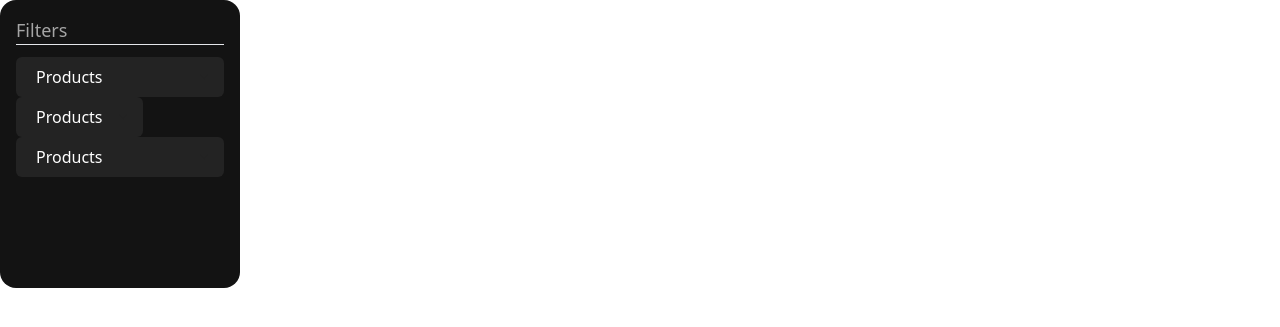
Repository: SayedJamil/Edvora-app
Page: /leftcard
An editor plug-in stored every save of this project. The page is shown before and after a run of saves, followed by the edit.
The browser window is 1280 px wide. The pictures show the whole page.
The project was rebuilt for these pictures with package versions that can differ from the ones it lists, and the page was loaded fresh each time. The framework's server and built-in components were replaced by stand-ins that run in the browser. Also part of the build but not shown: next.config.js.

Above is the page before, as saved 2021-12-19 16:09:55.

### pages/leftcard.js
function leftcard() {
    return (
        <div className="h-72 w-60 bg-[#131313] rounded-2xl p-4">
            <h3 className="text-[#A5A5A5] font-light text-lg">Filters</h3>
            <div className="w-full bg-gray-200 h-px mb-3"></div>
            <div class="relative inline-flex w-full">
                <svg class="w-2 h-2 absolute top-0 right-0 m-4 pointer-events-none" xmlns="http://www.w3.org/2000/svg" viewBox="0 0 412 232"><path d="M206 171.144L42.678 7.822c-9.763-9.763-25.592-9.763-35.355 0-9.763 9.764-9.763 25.592 0 35.355l181 181c4.88 4.882 11.279 7.323 17.677 7.323s12.796-2.441 17.678-7.322l181-181c9.763-9.764 9.763-25.592 0-35.355-9.763-9.763-25.592-9.763-35.355 0L206 171.144z" fill="#232323" fill-rule="nonzero" /></svg>
                <select class="rounded-md h-10 pl-5 pr-10 bg-[#232323] hover:border-[#232323] focus:outline-none appearance-none outline-none text-white w-full">
                    <option>Products </option>
                    <option>Red</option>
                    <option>Blue</option>
                </select>
            </div>
            <div class="relative inline-flex">
                <svg class="w-2 h-2 absolute top-0 right-0 m-4 pointer-events-none" xmlns="http://www.w3.org/2000/svg" viewBox="0 0 412 232"><path d="M206 171.144L42.678 7.822c-9.763-9.763-25.592-9.763-35.355 0-9.763 9.764-9.763 25.592 0 35.355l181 181c4.88 4.882 11.279 7.323 17.677 7.323s12.796-2.441 17.678-7.322l181-181c9.763-9.764 9.763-25.592 0-35.355-9.763-9.763-25.592-9.763-35.355 0L206 171.144z" fill="#232323" fill-rule="nonzero" /></svg>
                <select class="rounded-md h-10 pl-5 pr-10 bg-[#232323] hover:border-[#232323] focus:outline-none appearance-none outline-none text-white w-full">
                    <option>Products </option>
                    <option>Red</option>
                    <option>Blue</option>
                </select>
            </div>
            <div class="relative inline-flex w-full">
                <svg class="w-2 h-2 absolute top-0 right-0 m-4 pointer-events-none" xmlns="http://www.w3.org/2000/svg" viewBox="0 0 412 232"><path d="M206 171.144L42.678 7.822c-9.763-9.763-25.592-9.763-35.355 0-9.763 9.764-9.763 25.592 0 35.355l181 181c4.88 4.882 11.279 7.323 17.677 7.323s12.796-2.441 17.678-7.322l181-181c9.763-9.764 9.763-25.592 0-35.355-9.763-9.763-25.592-9.763-35.355 0L206 171.144z" fill="#232323" fill-rule="nonzero" /></svg>
                <select class="rounded-md h-10 pl-5 pr-10 bg-[#232323] hover:border-[#232323] focus:outline-none appearance-none outline-none text-white w-full">
                    <option>Products </option>
                    <option>Red</option>
                    <option>Blue</option>
                </select>
            </div>

        </div>
    )
}

export default leftcard

### styles/globals.css
body {
  margin: 0;
  padding: 0;
}
@tailwind base;
@tailwind components;
@tailwind utilities;

Loaded but not shown: pages/_app.js (common file); tailwind.config.js (common file)

After the next 2 saves:
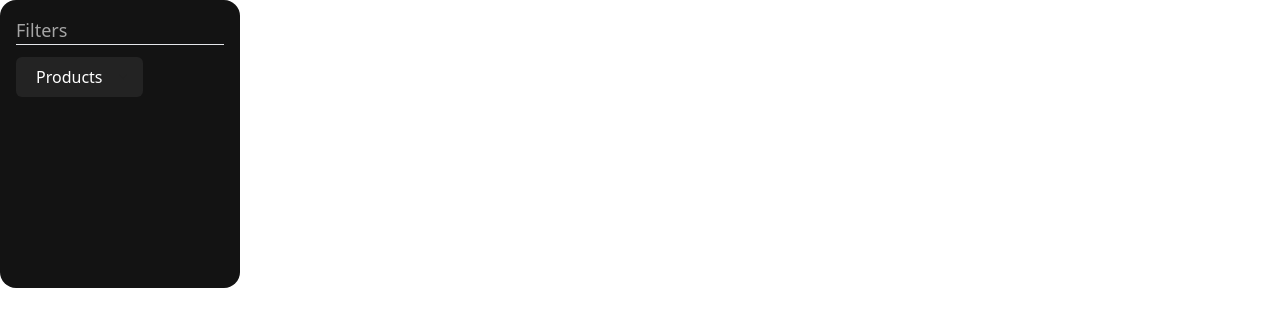
The 2 saves are shown as one change because they came seconds apart.
The last was saved 6 s later.
--- a/pages/leftcard.js
+++ b/pages/leftcard.js
@@ -3,14 +3,6 @@ function leftcard() {
         <div className="h-72 w-60 bg-[#131313] rounded-2xl p-4">
             <h3 className="text-[#A5A5A5] font-light text-lg">Filters</h3>
             <div className="w-full bg-gray-200 h-px mb-3"></div>
-            <div class="relative inline-flex w-full">
-                <svg class="w-2 h-2 absolute top-0 right-0 m-4 pointer-events-none" xmlns="http://www.w3.org/2000/svg" viewBox="0 0 412 232"><path d="M206 171.144L42.678 7.822c-9.763-9.763-25.592-9.763-35.355 0-9.763 9.764-9.763 25.592 0 35.355l181 181c4.88 4.882 11.279 7.323 17.677 7.323s12.796-2.441 17.678-7.322l181-181c9.763-9.764 9.763-25.592 0-35.355-9.763-9.763-25.592-9.763-35.355 0L206 171.144z" fill="#232323" fill-rule="nonzero" /></svg>
-                <select class="rounded-md h-10 pl-5 pr-10 bg-[#232323] hover:border-[#232323] focus:outline-none appearance-none outline-none text-white w-full">
-                    <option>Products </option>
-                    <option>Red</option>
-                    <option>Blue</option>
-                </select>
-            </div>
             <div class="relative inline-flex">
                 <svg class="w-2 h-2 absolute top-0 right-0 m-4 pointer-events-none" xmlns="http://www.w3.org/2000/svg" viewBox="0 0 412 232"><path d="M206 171.144L42.678 7.822c-9.763-9.763-25.592-9.763-35.355 0-9.763 9.764-9.763 25.592 0 35.355l181 181c4.88 4.882 11.279 7.323 17.677 7.323s12.796-2.441 17.678-7.322l181-181c9.763-9.764 9.763-25.592 0-35.355-9.763-9.763-25.592-9.763-35.355 0L206 171.144z" fill="#232323" fill-rule="nonzero" /></svg>
                 <select class="rounded-md h-10 pl-5 pr-10 bg-[#232323] hover:border-[#232323] focus:outline-none appearance-none outline-none text-white w-full">
@@ -19,14 +11,7 @@ function leftcard() {
                     <option>Blue</option>
                 </select>
             </div>
-            <div class="relative inline-flex w-full">
-                <svg class="w-2 h-2 absolute top-0 right-0 m-4 pointer-events-none" xmlns="http://www.w3.org/2000/svg" viewBox="0 0 412 232"><path d="M206 171.144L42.678 7.822c-9.763-9.763-25.592-9.763-35.355 0-9.763 9.764-9.763 25.592 0 35.355l181 181c4.88 4.882 11.279 7.323 17.677 7.323s12.796-2.441 17.678-7.322l181-181c9.763-9.764 9.763-25.592 0-35.355-9.763-9.763-25.592-9.763-35.355 0L206 171.144z" fill="#232323" fill-rule="nonzero" /></svg>
-                <select class="rounded-md h-10 pl-5 pr-10 bg-[#232323] hover:border-[#232323] focus:outline-none appearance-none outline-none text-white w-full">
-                    <option>Products </option>
-                    <option>Red</option>
-                    <option>Blue</option>
-                </select>
-            </div>
+
 
         </div>
     )
